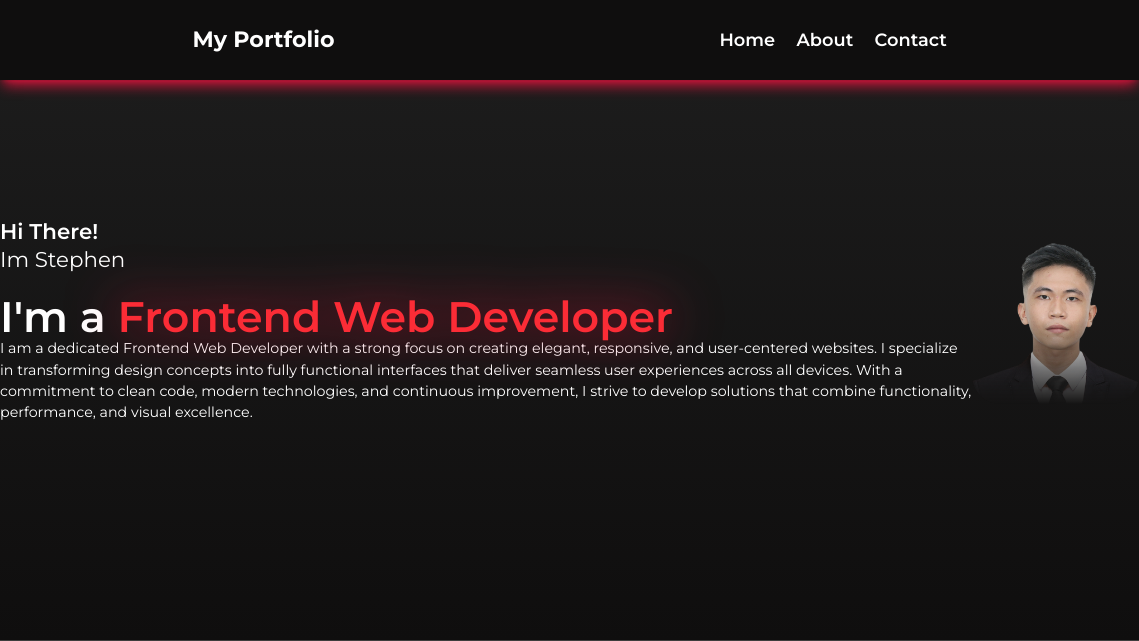
Repository: KaguyaKawaii/portfolio
Page: / (app in frontend/)
The author's editor kept a copy of each file at every save. The page is drawn from the files as they stood at one save, then again after the next save.
The browser window is 1280 px wide. The pictures show the whole page, at 89% of full size.
The project was rebuilt for these pictures with package versions that can differ from the ones it lists, and the page was loaded fresh each time. Also part of the build but not shown: frontend/vite.config.js.

Above is the page before, as saved 2025-10-28 00:10:56.

### frontend/src/index.css
/* ✅ 1️⃣ Google Fonts first */
@import url('https://fonts.googleapis.com/css2?family=Montserrat:wght@400;500;600;700&display=swap');

/* ✅ 2️⃣ Then Tailwind (only once) */
@import "tailwindcss";

/* ✅ 3️⃣ Optional: your own CSS rules */
body {
  font-family: 'Montserrat', sans-serif;
}

### frontend/src/App.jsx
import { useState } from 'react'
import pic from './assets/image.png'

function App() {

  return (
    <>
      <header className='bg-[#0F0E0E] h-[90px] w-full absolute shadow-lg shadow-[#dc143c]'>
        <div className='flex justify-around items-center h-full text-white'>
          <h1 className='font-bold font-montserrat text-[25px]'>My Portfolio</h1>

          <div className='flex font-montserrat gap-6 font-semibold text-[20px]'>
            <p>Home</p>
            <p>About</p>
            <p>Contact</p>
          </div>
        </div>
      </header>

      <body className='bg-linear-180 from-[#1E1E1E] to-[#0F0E0E] h-screen text-white'>
        <div className='flex justify-around items-center h-screen'>
          <div>
            <div className='text-2xl'>
              <h1 className='font-semibold'>Hi There!</h1>
              <p>Im Stephen</p>
            </div>
            <div className='mt-6'>
              <p className='font-semibold text-5xl'>I'm a  <span className="drop-shadow-[0_0_30px_#dc143c] text-red-500">Frontend Web Developer</span></p>
              <p>I am a dedicated Frontend Web Developer with a strong focus on creating elegant, responsive, and user-centered websites. I specialize in transforming design concepts into fully functional interfaces that deliver seamless user experiences across all devices. With a commitment to clean code, modern technologies, and continuous improvement, I strive to develop solutions that combine functionality, performance, and visual excellence.</p>
            </div>
          </div>

          <div className=''>
          <img
            src={pic}
            alt="profile"
            className="w-full h-full object-cover rounded-4xl"
            style={{
              maskImage: "linear-gradient(to bottom, black 50%, transparent 100%)",
              WebkitMaskImage: "linear-gradient(to bottom, black 50%, transparent 100%)",
            }}
          />


          </div>
        </div>
      </body>
    </>
  )
}

export default App

Loaded but not shown: frontend/index.html (common file); frontend/src/main.jsx (common file)

After the next save:
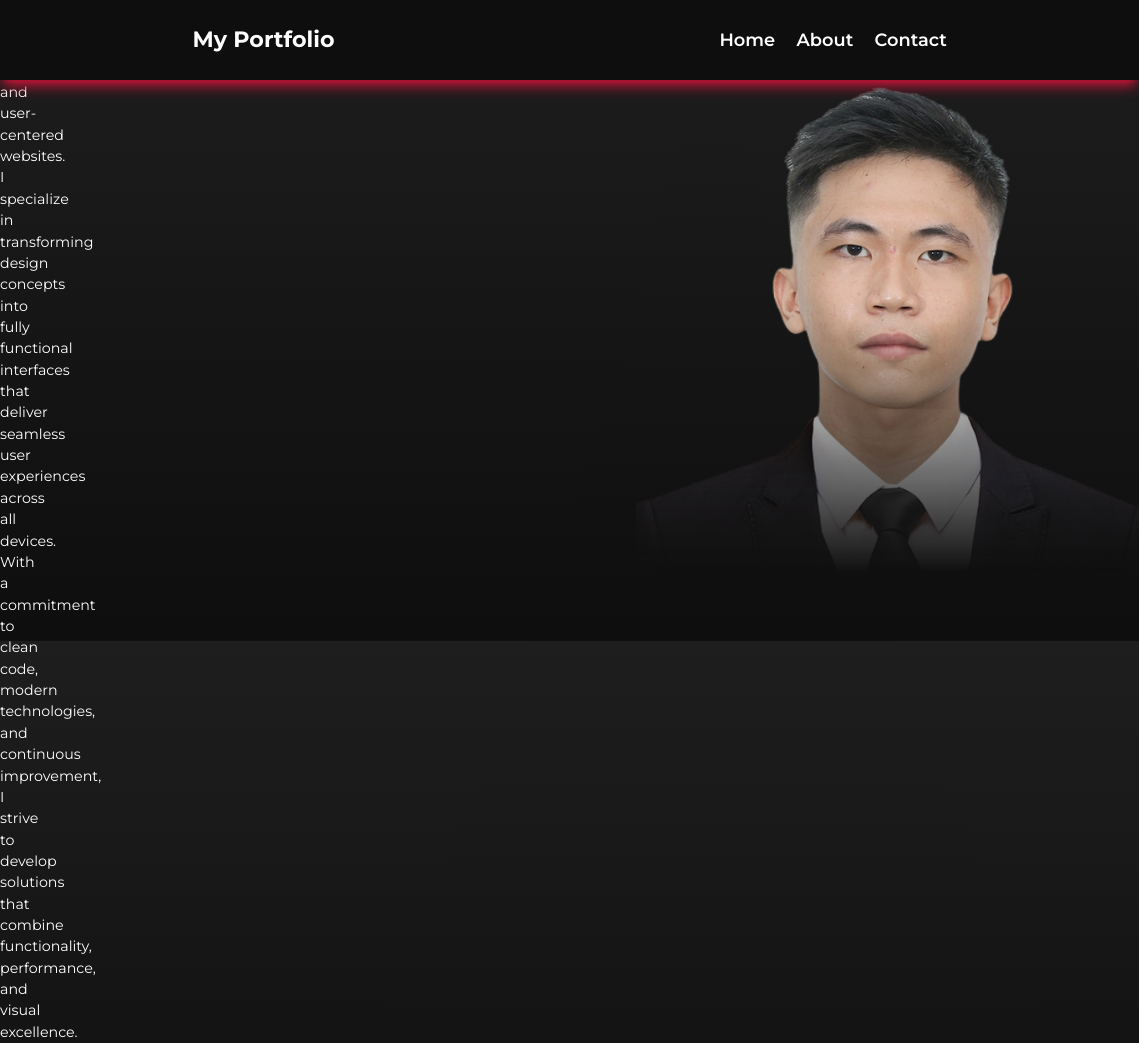
Saved 18 s later.
--- a/frontend/src/App.jsx
+++ b/frontend/src/App.jsx
@@ -26,7 +26,9 @@
             </div>
             <div className='mt-6'>
               <p className='font-semibold text-5xl'>I'm a  <span className="drop-shadow-[0_0_30px_#dc143c] text-red-500">Frontend Web Developer</span></p>
-              <p>I am a dedicated Frontend Web Developer with a strong focus on creating elegant, responsive, and user-centered websites. I specialize in transforming design concepts into fully functional interfaces that deliver seamless user experiences across all devices. With a commitment to clean code, modern technologies, and continuous improvement, I strive to develop solutions that combine functionality, performance, and visual excellence.</p>
+              <div className='w-6'>
+                <p>I am a dedicated Frontend Web Developer with a strong focus on creating elegant, responsive, and user-centered websites. I specialize in transforming design concepts into fully functional interfaces that deliver seamless user experiences across all devices. With a commitment to clean code, modern technologies, and continuous improvement, I strive to develop solutions that combine functionality, performance, and visual excellence.</p>
+              </div>
             </div>
           </div>
 
